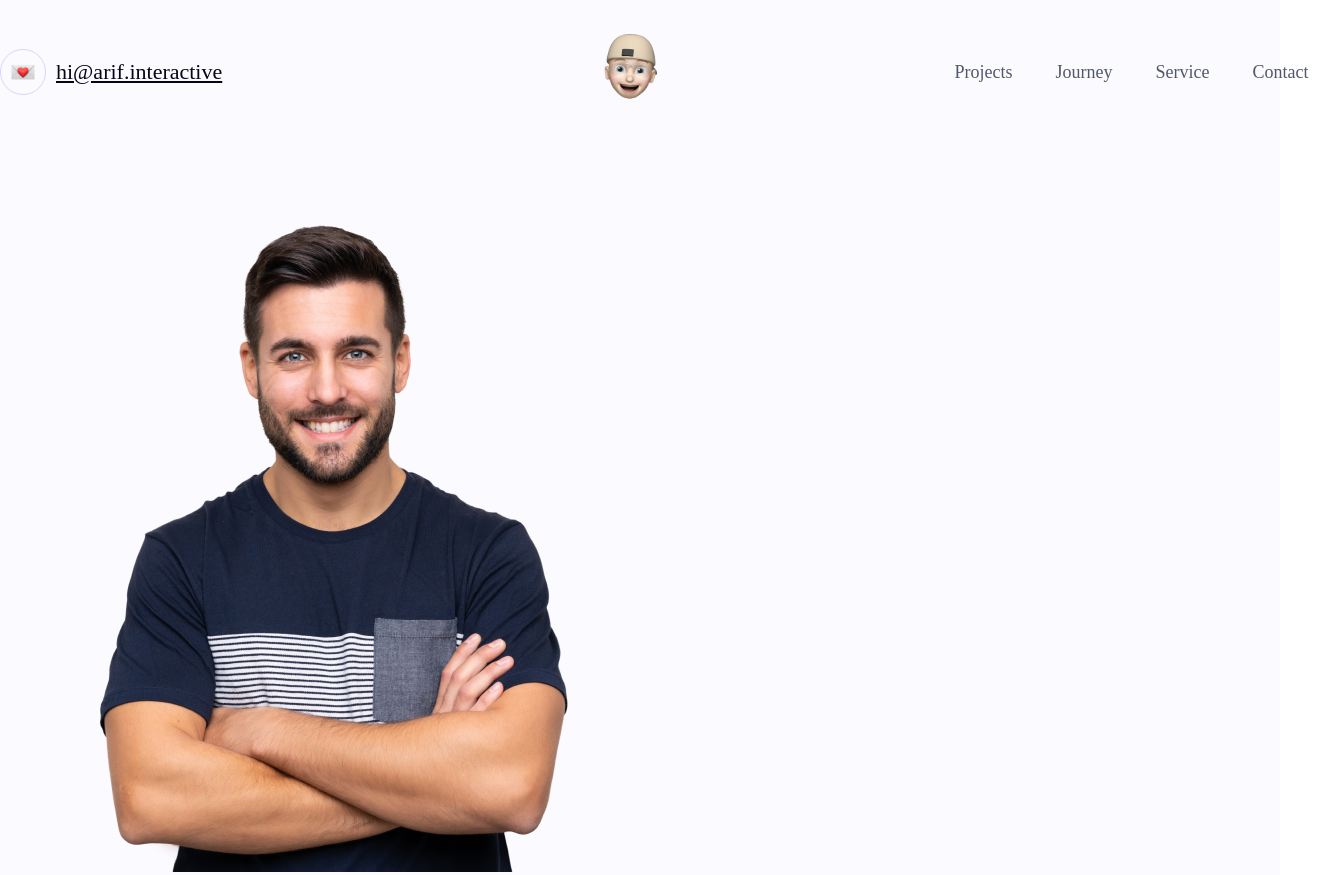
Repository: trantangtuan/project-06-grid-system12column-demo
Page: index.html
An editor plug-in stored every save of this project. The page is shown before and after the next save, followed by the edit.
The browser window is 1280 px wide. The page is 1330 px wide, so the pictures cover 1330 px, including what lies to the right of the window. The pictures show the whole page.

Above is the page before, as saved 2024-07-12 20:40:12.

After the next save:
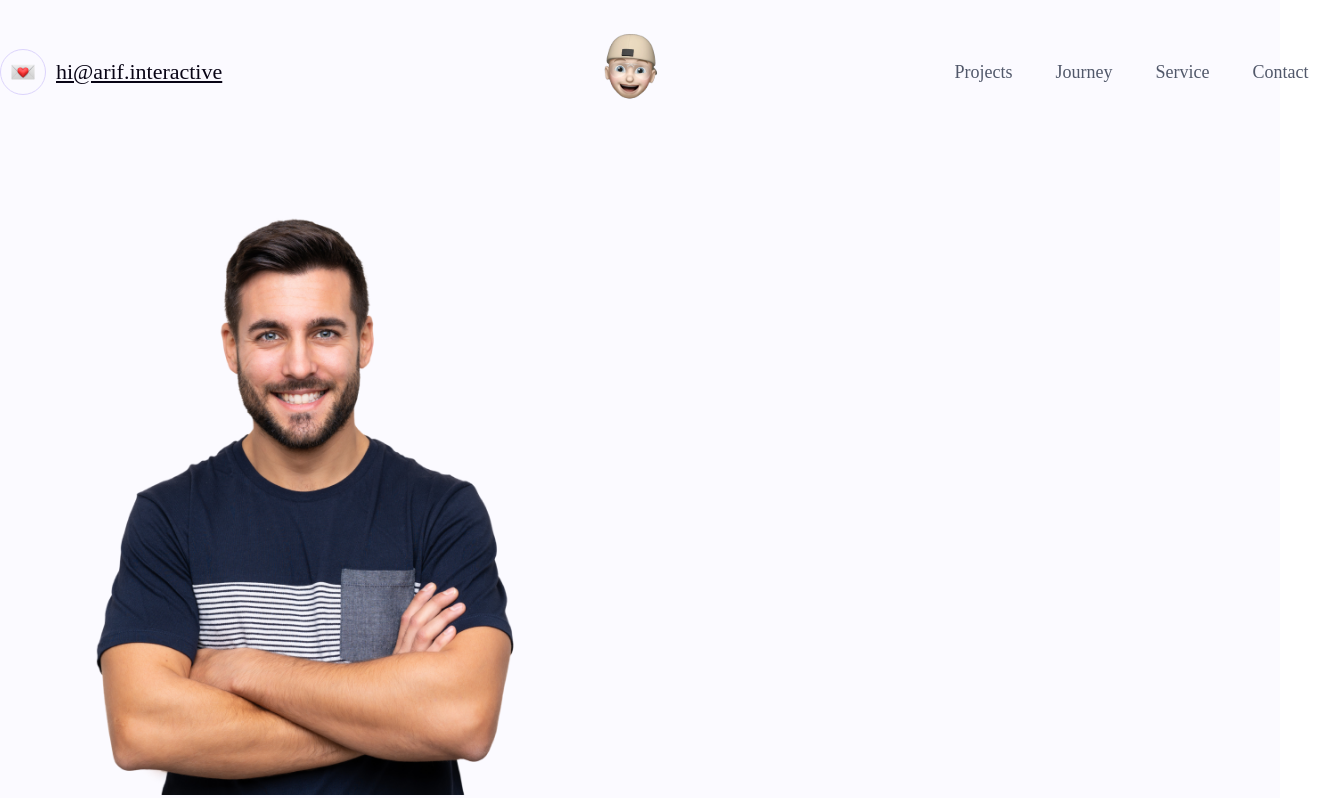
Saved 2 min 1 s later.
--- a/assets/css/style.css
+++ b/assets/css/style.css
@@ -100,5 +100,5 @@
 }
 
 .hero__img {
-  width: 514px;
+  width: 100%;
 }
